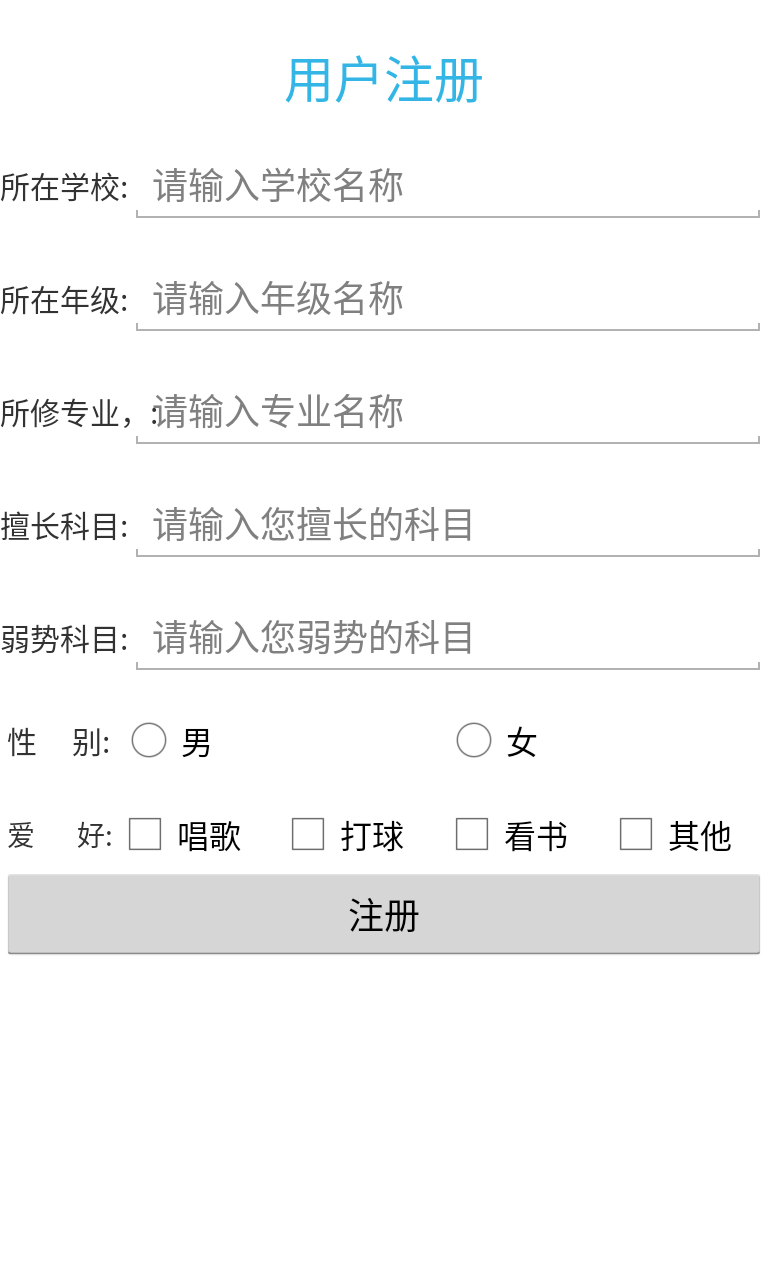
Repository: 17390089054/android
Layout: learning/res/layout/activity_main.xml
The author's editor kept a copy of each file at every save. The layout is drawn from the files as they stood at one save, then again after the next save.
It is drawn on a 768 x 1280 px phone screen (xhdpi) without system bars, with theme AppTheme; the app's code is not run.

Above is the layout before, as saved 2018-05-01 10:13:12.

After the next save:
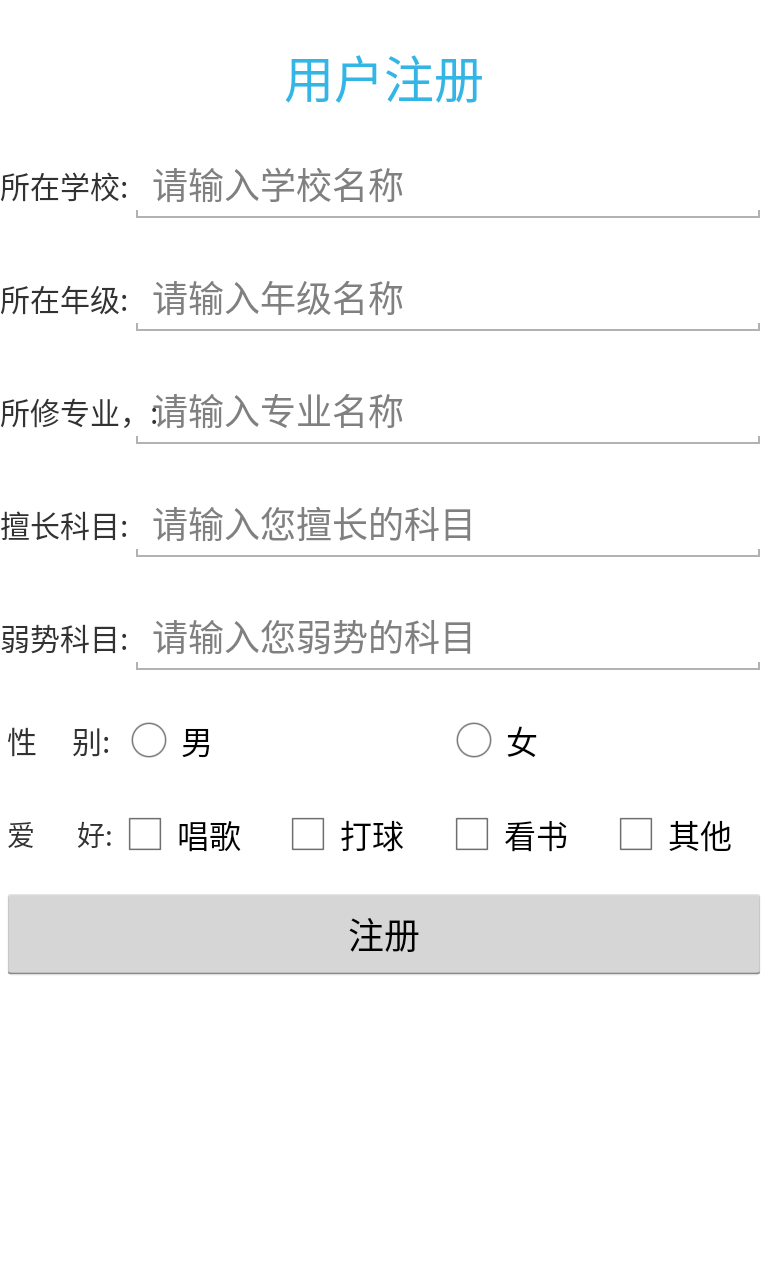
Saved 14 s later.
--- a/learning/res/layout/activity_main.xml
+++ b/learning/res/layout/activity_main.xml
@@ -203,7 +203,6 @@
       android:layout_weight="1"
       android:text="看书"
       />
-      <LinearLayout ></LinearLayout>
   <CheckBox
   android:id="@+id/other"
   android:layout_width="wrap_content"
@@ -221,6 +220,7 @@
 	    android:layout_height="wrap_content"
 	  	android:gravity="center"
 	    android:text="注册"
+	    android:layout_marginTop="10dp"
 	    />
 
 </LinearLayout>
